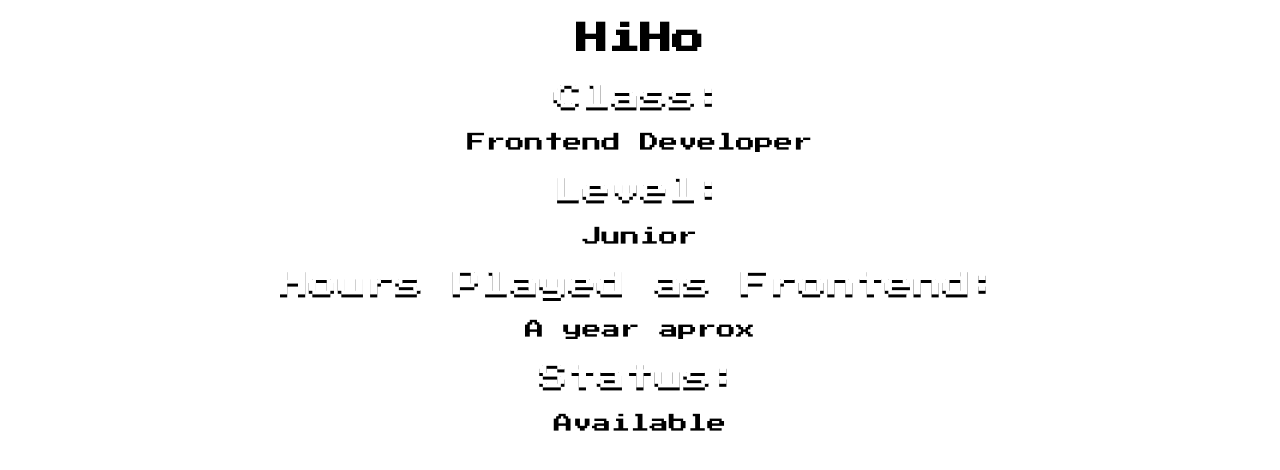
Repository: sernalab/soon
Page: index.html
The author's editor kept a copy of each file at every save. The page is drawn from the files as they stood at one save, then again after the next save.
The browser window is 1280 px wide. The pictures show the whole page.
Some web fonts or font styles are not loaded; a fallback is used.

Above is the page before, as saved 2018-12-24 01:33:57.

After the next save:
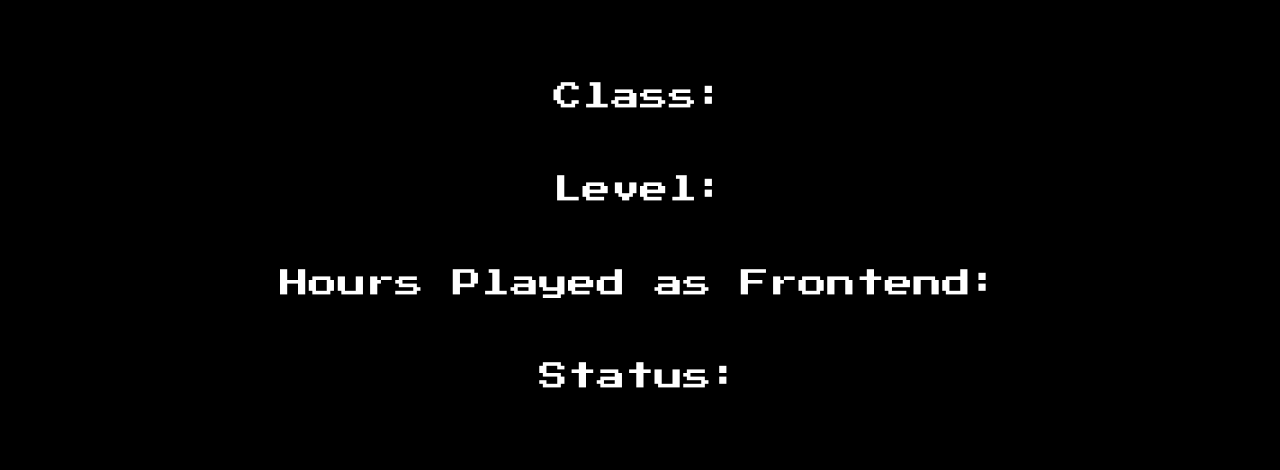
Saved 8 s later.
--- a/css/styles.css
+++ b/css/styles.css
@@ -422,7 +422,7 @@
 /* custom css */
 
 body {
-    background-color: black, .3;
+    background-color: black;
     font-family: 'Press Start 2P';
     background-repeat: repeat;
 }

After the save that followed:
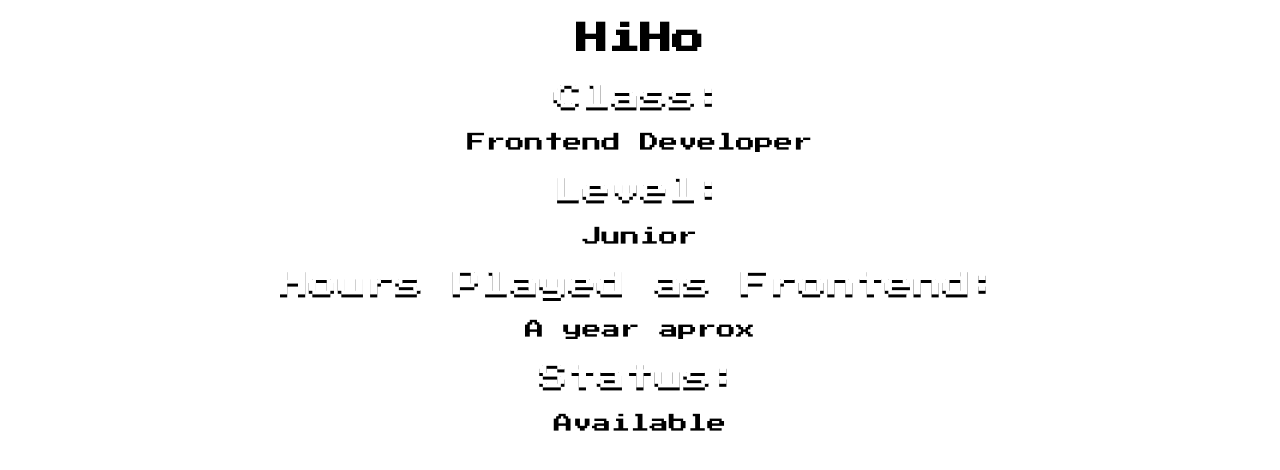
Saved 41 s later.
--- a/css/styles.css
+++ b/css/styles.css
@@ -422,7 +422,7 @@
 /* custom css */
 
 body {
-    background-color: black;
+    background-color: rgb (0, 0, 0, 0.6);
     font-family: 'Press Start 2P';
     background-repeat: repeat;
 }
